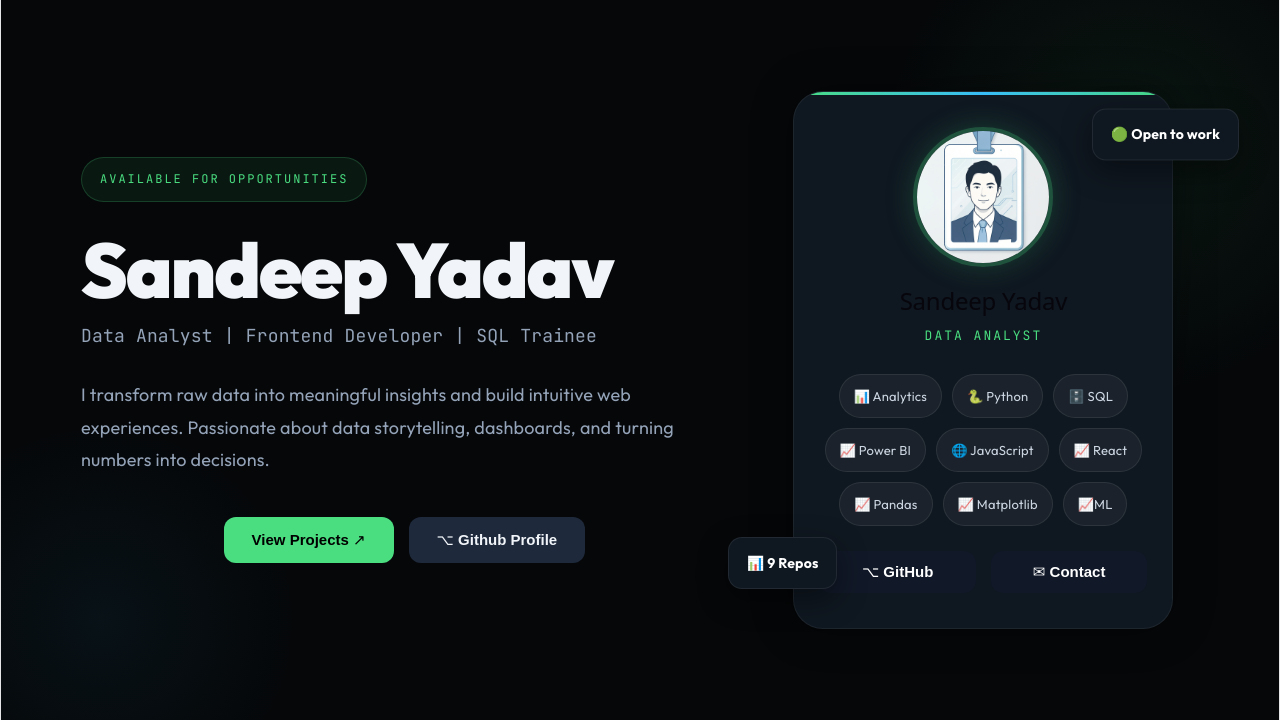
Repository: SandeepYadav18717/sandeepyadav
Page: / (app in Datanaltics_ portfolio/)
These files come from the project's save history. The page is drawn as it stood at one moment and after a run of saves; the edit follows.
The browser window is 1280 px wide. The pictures show the whole page.
The project was rebuilt for these pictures with package versions that can differ from the ones it lists, and the page was loaded fresh each time. Also part of the build but not shown: Datanaltics_ portfolio/vite.config.js, Datanaltics_ portfolio/src/App.css.

Above is the page before, as saved 2026-05-23 06:10:04.

### Datanaltics_ portfolio/index.html
<!doctype html>
<html lang="en">
  <head>
    <meta charset="UTF-8" />
    <link rel="icon" type="image/svg+xml" href="/favicon.svg" />
    <meta name="viewport" content="width=device-width, initial-scale=1.0" />
    <title>javascript</title>
  </head>
  <body>
    <div id="root"></div>
    <script type="module" src="/src/main.jsx"></script>
  </body>
</html>

### Datanaltics_ portfolio/src/index.css
:root {
  --text: #6b6375;
  --text-h: #08060d;
  --bg: #fff;
  --border: #e5e4e7;
  --code-bg: #f4f3ec;
  --accent: #aa3bff;
  --accent-bg: rgba(170, 59, 255, 0.1);
  --accent-border: rgba(170, 59, 255, 0.5);
  --social-bg: rgba(244, 243, 236, 0.5);
  --shadow:
    rgba(0, 0, 0, 0.1) 0 10px 15px -3px, rgba(0, 0, 0, 0.05) 0 4px 6px -2px;

  --sans: system-ui, 'Segoe UI', Roboto, sans-serif;
  --heading: system-ui, 'Segoe UI', Roboto, sans-serif;
  --mono: ui-monospace, Consolas, monospace;

  font: 18px/145% var(--sans);
  letter-spacing: 0.18px;
  color-scheme: light dark;
  color: var(--text);
  background: var(--bg);
  font-synthesis: none;
  text-rendering: optimizeLegibility;
  -webkit-font-smoothing: antialiased;
  -moz-osx-font-smoothing: grayscale;

  @media (max-width: 1024px) {
    font-size: 16px;
  }
}

@media (prefers-color-scheme: dark) {
  :root {
    --text: #9ca3af;
    --text-h: #f3f4f6;
    --bg: #16171d;
    --border: #2e303a;
    --code-bg: #1f2028;
    --accent: #c084fc;
    --accent-bg: rgba(192, 132, 252, 0.15);
    --accent-border: rgba(192, 132, 252, 0.5);
    --social-bg: rgba(47, 48, 58, 0.5);
    --shadow:
      rgba(0, 0, 0, 0.4) 0 10px 15px -3px, rgba(0, 0, 0, 0.25) 0 4px 6px -2px;
  }

  #social .button-icon {
    filter: invert(1) brightness(2);
  }
}

body {
  margin: 0;
}

#root {
  width: 1126px;
  max-width: 100%;
  margin: 0 auto;
  text-align: center;
  border-inline: 1px solid var(--border);
  min-height: 100svh;
  display: flex;
  flex-direction: column;
  box-sizing: border-box;
}

h1,
h2 {
  font-family: var(--heading);
  font-weight: 500;
  color: var(--text-h);
}

h1 {
  font-size: 56px;
  letter-spacing: -1.68px;
  margin: 32px 0;
  @media (max-width: 1024px) {
    font-size: 36px;
    margin: 20px 0;
  }
}
h2 {
  font-size: 24px;
  line-height: 118%;
  letter-spacing: -0.24px;
  margin: 0 0 8px;
  @media (max-width: 1024px) {
    font-size: 20px;
  }
}
p {
  margin: 0;
}

code,
.counter {
  font-family: var(--mono);
  display: inline-flex;
  border-radius: 4px;
  color: var(--text-h);
}

code {
  font-size: 15px;
  line-height: 135%;
  padding: 4px 8px;
  background: var(--code-bg);
}

### Datanaltics_ portfolio/src/App.jsx
import { useState } from 'react'

// import heroImg from './assets/hero.png'
import './App.css'
import Button from './Components/button'
import Main_Page from './pages/Main.jsx'
function App() {
  const [count, setCount] = useState(0)

  return (
    <>
    <Main_Page />
     </>
  )}
export default App

### Datanaltics_ portfolio/src/Components/button.jsx
function Button({id, text, onClick }) {
  return (
    <button id={id}onClick={onClick} className="btn">
      {text}
    </button>
  );
}
export default Button;

### Datanaltics_ portfolio/src/pages/Main.jsx
import Button from "../Components/button";
import "../Css/Main.css";
import photo from "../assets/image.png";

function Main_Page() {
  return (
    <div className="main-page">
      {/* LEFT SECTION */}
      <div className="left-section">
        <div id="Heading_1">Available for opportunities</div>

        <div id="Name">Sandeep Yadav</div>

        <div id="Heading_2">
          Data Analyst | Frontend Developer | SQL Trainee
        </div>

        <p id="Description">
          I transform raw data into meaningful insights and build intuitive web
          experiences. Passionate about data storytelling, dashboards, and
          turning numbers into decisions.
        </p>

        <Button
          text="View Projects ↗"
          onClick={() => window.open("https://github.com/SandeepYadav18717")}
        />
        <Button
          id="Github"
          text="⌥ Github Profile"
          onClick={() => window.open("https://github.com/SandeepYadav18717")}
        />
      </div>
      {/* RIGHT SECTION */}
      <div className="profile-wrapper">
        <div className="floating-badge badge-top">🟢 Open to work</div>

        {/* FLOATING BADGE 2 */}
        <div className="floating-badge badge-bottom">📊 9 Repos</div>

        {/* PROFILE CARD */}
        <div className="profile-card">
          {/* PROFILE IMAGE */}
          <img src={photo} alt="Profile" id="Photo" />

          {/* NAME */}
          <h2 className="profile-name">Sandeep Yadav</h2>

          {/* ROLE */}
          <p className="profile-role">DATA ANALYST</p>

          {/* SKILLS */}
          <div className="skill-tags">
            <span>📊 Analytics</span>

            <span>🐍 Python</span>

            <span>🗄️ SQL</span>

            <span>📈 Power BI</span>

            <span>🌐 JavaScript</span>
            <span>📈 React</span>
            <span>📈 Pandas</span>
            <span>📈 Matplotlib</span>
            <span>📈ML </span>
          </div>

          {/* BUTTONS */}
          <div className="profile-buttons">
            {/* GITHUB */}
            <button
              className="github-btn"
              onClick={() =>
                window.open("https://github.com/SandeepYadav18717")
              }
            >
              ⌥ GitHub
            </button>

            {/* CONTACT */}
            <button
              className="contact-btn"
              onClick={() => window.open("https://linkedin.com")}
            >
              ✉ Contact
            </button>
          </div>
        </div>
      </div>
    </div>
  );
}

export default Main_Page;

### Datanaltics_ portfolio/src/Css/Main.css
/* GOOGLE FONT */
@import url("https://fonts.googleapis.com/css2?family=Outfit:wght@300;400;500;700;900&family=JetBrains+Mono:wght@400;700&display=swap");

* {
    margin: 0;
    padding: 0;
    box-sizing: border-box;
}

html,
body,
#root {
    width: 100%;
    min-height: 100vh;
    overflow-x: hidden;
    background: #050709;
    color: #f1f5f9;
    font-family: "Outfit", sans-serif;
}

.main-page {
    min-height: 100vh;
    width: 100%;
    display: grid;
    grid-template-columns: 1.2fr 0.8fr;
    align-items: center;
    gap: 40px;
    padding: 80px;
    position: relative;
    overflow: hidden;
    background: #050709;
}

.main-page::before {
    content: "";
    position: absolute;
    width: 500px;
    height: 500px;
    top: -100px;
    right: -100px;
    border-radius: 50%;
    background: radial-gradient(circle,
            rgba(74, 222, 128, 0.08),
            transparent 70%);
    z-index: 0;
    pointer-events: none;
}

.main-page::after {
    content: "";
    position: absolute;
    width: 400px;
    height: 400px;
    bottom: -100px;
    left: -100px;
    border-radius: 50%;
    background: radial-gradient(circle,
            rgba(56, 189, 248, 0.06),
            transparent 70%);
    z-index: 0;
    pointer-events: none;
}

.main-page * {
    position: relative;
    z-index: 1;
}

.content-left {
    display: flex;
    flex-direction: column;
    justify-content: center;
    align-items: flex-start;
    text-align: left;
}

#Heading_1 {
    width: fit-content;
    background: rgba(74, 222, 128, 0.08);
    border: 1px solid rgba(74, 222, 128, 0.2);
    color: #4ade80;
    padding: 8px 18px;
    border-radius: 50px;
    font-size: 12px;
    font-family: "JetBrains Mono", monospace;
    letter-spacing: 2px;
    text-transform: uppercase;
    margin-bottom: 30px;
}

#Name {
    font-size: clamp(45px, 6vw, 90px);
    font-weight: 900;
    line-height: 1;
    letter-spacing: -2px;
    margin-bottom: 15px;
    word-break: break-word;
    text-align: left;
}

#Heading_2 {
    color: #94a3b8;
    font-size: 18px;
    font-family: "JetBrains Mono", monospace;
    margin-bottom: 30px;
    text-align: left;
}

#Description {
    max-width: 650px;
    color: #94a3b8;
    font-size: 18px;
    line-height: 1.8;
    margin-bottom: 40px;
    text-align: left;
}

.photo-container {
    display: flex;
    justify-content: center;
    align-items: center;
    width: 100%;
}

#Photo {
    width: 100%;
    max-width: 400px;
    height: auto;
    margin-left: 0%;
    aspect-ratio: 1/1;
    border-radius: 30px;
    object-fit: cover;
    box-shadow: 0 0 40px rgba(74, 222, 128, 0.2);
}

button {
    width: fit-content;
    background: #4ade80;
    color: black;
    border: none;
    border-radius: 12px;
    padding: 14px 28px;
    font-size: 15px;
    font-weight: 700;
    cursor: pointer;
    transition: 0.3s;
    margin-left: 0px;
}

button:hover {
    background: #86efac;
    transform: translateY(-3px);
    box-shadow: 0 10px 30px rgba(74, 222, 128, 0.3);
}

#Github {
    background: #1e293b;

    color: #f1f5f9;

    border: none;

    padding: 14px 28px;

    border-radius: 12px;
    font-size: 15px;

    font-weight: 700;

    cursor: pointer;

    transition: 0.3s;

    margin-left: 15px;
}

#Github:hover {
    background: #334155;

    transform: translateY(-3px);

    box-shadow: 0 10px 30px rgba(74, 222, 128, 0.2);
}

@media (max-width: 1024px) {
    .main-page {
        grid-template-columns: 1fr;
        gap: 40px;
        padding: 60px 40px;
    }

    .photo-container {
        justify-content: flex-start;
    }

    #Photo {
        max-width: 320px;
    }
}

@media (max-width: 768px) {
    .main-page {
        padding: 40px 20px;
    }

    #Name {
        font-size: 42px;
        letter-spacing: -1px;
    }

    #Heading_2 {
        font-size: 15px;
    }

    #Description {
        font-size: 16px;
    }

    button {
        width: 100%;
    }

    #Photo {
        max-width: 280px;
    }
}

/* WRAPPER */
.profile-wrapper{

  position:relative;

  display:flex;

  justify-content:center;

  align-items:center;
}

/* FLOATING BADGES */
.floating-badge{

  position:absolute;

  background:#0f1720;

  border:1px solid rgba(255,255,255,0.08);

  color:white;

  padding:12px 18px;

  border-radius:14px;

  font-size:14px;

  font-weight:600;

  box-shadow:
  0 10px 30px rgba(0,0,0,0.4);

  z-index:10;

  animation:float 3s ease-in-out infinite;
}

/* TOP BADGE */
.badge-top{

  top:20px;

  right:-40px;
}

/* BOTTOM BADGE */
.badge-bottom{

  bottom:30px;

  left:-40px;

  animation-delay:1s;
}

/* FLOAT ANIMATION */
@keyframes float{

  0%{
    transform:translateY(0px);
  }

  50%{
    transform:translateY(-10px);
  }

  100%{
    transform:translateY(0px);
  }
}

/* PROFILE CARD */
.profile-card{

  width:100%;

  max-width:380px;

  background:#0f1720;

  border:1px solid rgba(255,255,255,0.06);

  border-radius:30px;

  padding:35px 25px;

  display:flex;

  flex-direction:column;

  align-items:center;

  justify-content:center;

  position:relative;

  overflow:hidden;

  box-shadow:
  0 0 40px rgba(0,0,0,0.4);
}

/* TOP LINE */
.profile-card::before{

  content:"";

  position:absolute;

  top:0;
  left:0;

  width:100%;
  height:3px;

  background:
  linear-gradient(
  90deg,
  #4ade80,
  #38bdf8,
  #4ade80
  );
}

/* IMAGE */
#Photo{

  width:140px;
  height:140px;

  border-radius:50%;

  object-fit:cover;

  border:4px solid rgba(74,222,128,0.3);

  margin-bottom:20px;

  box-shadow:
  0 0 30px rgba(74,222,128,0.2);
}

/* NAME */
.profile-name::after
.profile-name{

  font-size:28px;

  font-weight:800;

  margin-bottom:8px;
   animation:roles 0.2s infinite;

}

@keyframes roles{

  0%{
    content:"Data Analyst";
  }

  33%{
    content:"Frontend Developer";
  }

  66%{
    content:"SQL Trainee";
  }

  100%{
    content:"Data Analyst";
  }
}
/* ROLE */
.profile-role{

  color:#4ade80;

  font-size:13px;

  font-family:'JetBrains Mono',monospace;

  letter-spacing:2px;

  margin-bottom:25px;
}

/* TAGS */
.skill-tags{

  display:flex;

  flex-wrap:wrap;

  justify-content:center;

  gap:10px;

  margin-bottom:25px;
}

/* SINGLE TAG */
.skill-tags span{

  background:rgba(255,255,255,0.05);

  border:1px solid rgba(255,255,255,0.08);

  padding:8px 14px;

  border-radius:50px;

  font-size:13px;

  color:#cbd5e1;
}

/* BUTTONS */
.profile-buttons{

  width:100%;

  display:flex;

  gap:15px;
}

/* GITHUB */
.github-btn{

  flex:1;

  background:#111827;

  color:white;

  border:none;

  padding:12px;

  border-radius:12px;

  font-weight:700;

  cursor:pointer;

  transition:0.3s;
}

.github-btn:hover{

  background:#1f2937;

  transform:translateY(-3px);
}

/* CONTACT */
.contact-btn{

  flex:1;

  background:#111827;

  color:white;

  border:none;

  padding:12px;

  border-radius:12px;

  font-weight:700;

  cursor:pointer;

  transition:0.3s;
}

.contact-btn:hover{

  background:#1f2937;

  transform:translateY(-3px);
}
/* MOBILE FIX */
@media(max-width:768px){

  .profile-wrapper{

    margin-top:30px;
  }

  .badge-top{

    top:-10px;

    right:0;
  }

  .badge-bottom{

    bottom:-10px;

    left:0;
  }

  .profile-card{

    max-width:320px;
  }

  .profile-buttons{

    flex-direction:column;
  }
}

Loaded but not shown: Datanaltics_ portfolio/src/main.jsx (common file)

After the next 2 saves:
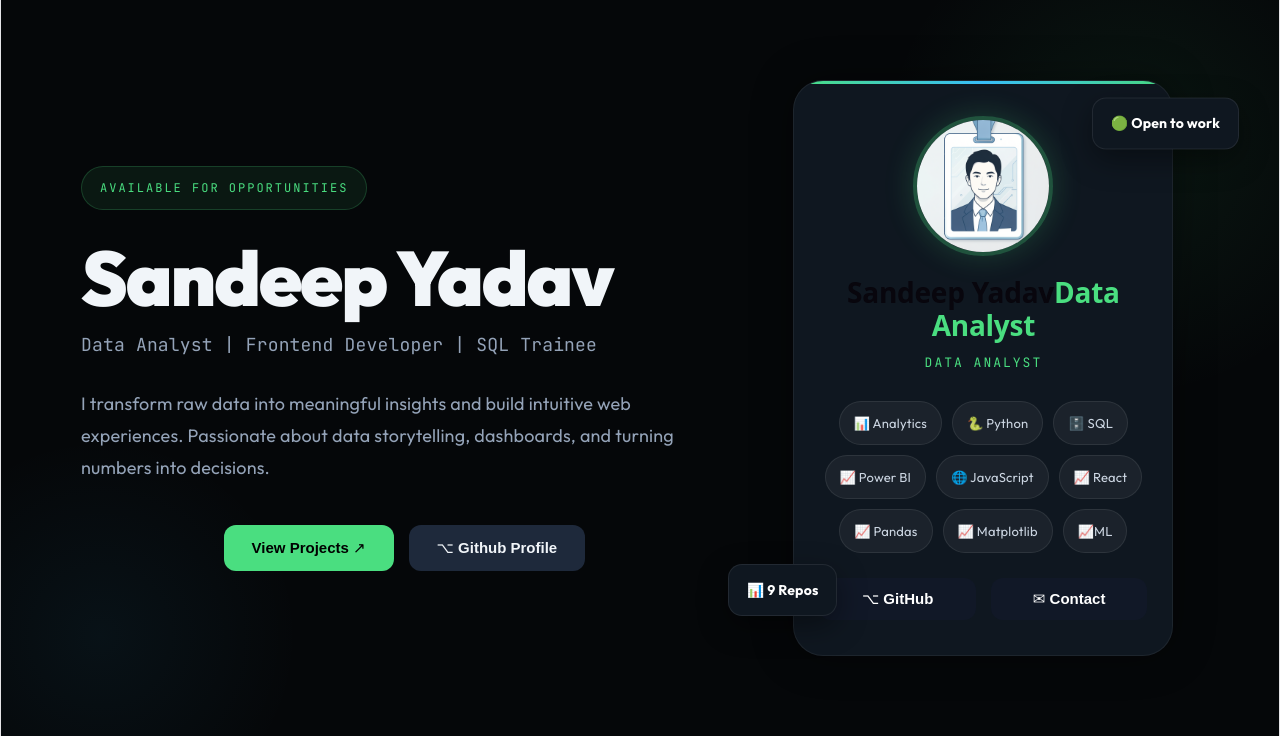
The 2 saves are shown as one change because they came seconds apart.
The last was saved 5 s later.
--- a/Datanaltics_ portfolio/src/Css/Main.css
+++ b/Datanaltics_ portfolio/src/Css/Main.css
@@ -370,7 +370,13 @@ button:hover {
 }
 
 /* NAME */
-.profile-name::after
+.profile-name::after{
+      content:"Data Analyst";
+
+  animation:roles 6s infinite;
+
+  color:#4ade80;
+}
 .profile-name{
 
   font-size:28px;
